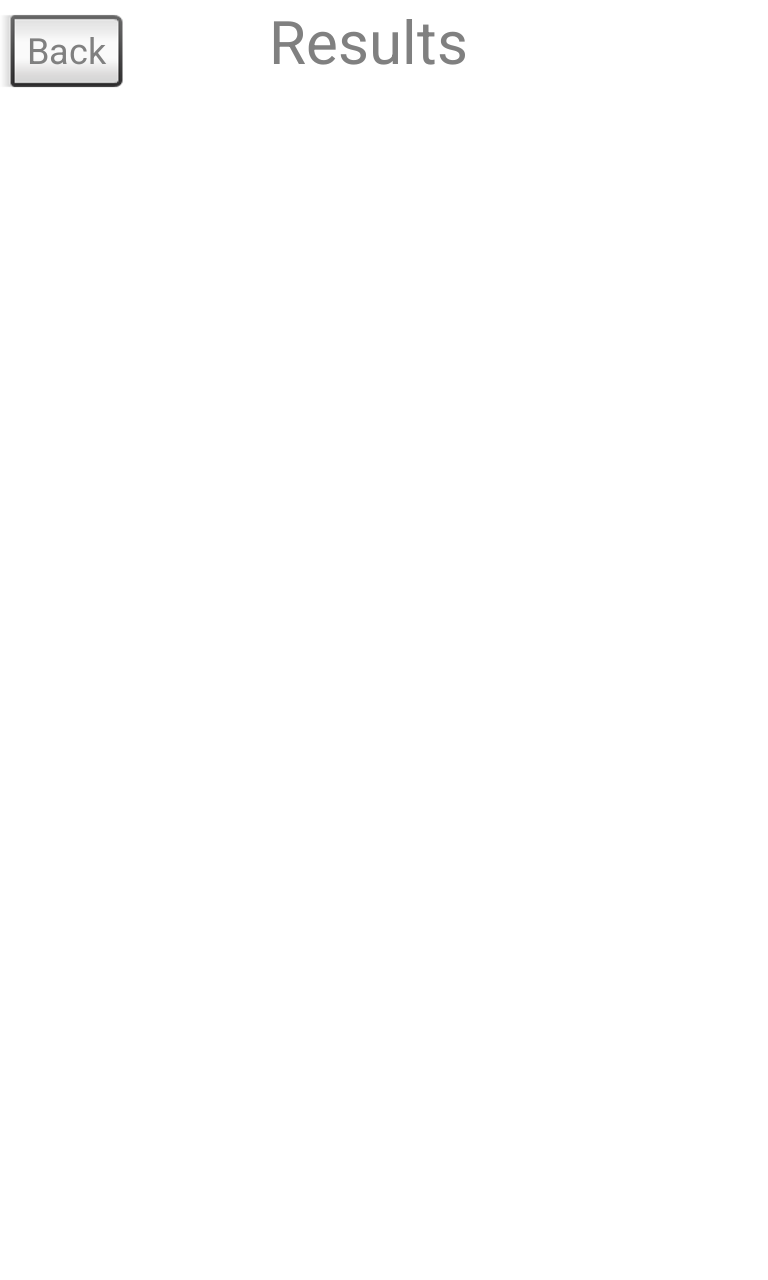
Repository: scottcaruso/Java_I_1307_Week4
Layout: myGov/res/layout/politician_display.xml
An editor plug-in stored every save of this project. The layout is shown before and after the next save, followed by the edit.
It is drawn on a 768 x 1280 px phone screen (xhdpi) without system bars, with theme AppTheme; the app's code is not run.

Above is the layout before, as saved 2013-08-01 20:32:31.

### myGov/res/layout/politician_display.xml
<?xml version="1.0" encoding="utf-8"?>
<LinearLayout xmlns:android="http://schemas.android.com/apk/res/android"
    android:layout_width="match_parent"
    android:layout_height="match_parent"
    android:orientation="horizontal" >

    <Button
        android:id="@+id/back"
        style="@android:style/Widget.Holo.Button.Inset"
        android:layout_width="wrap_content"
        android:layout_height="wrap_content"
        android:hint="@string/back" />

    <TextView
        android:id="@+id/foundpoliticians"
        android:layout_width="240dp"
        android:layout_height="wrap_content"
        android:gravity="center"
        android:hint="@string/results"
        android:textSize="30sp" />



final TextView polLabel = UIElementCreator.createLabel(currentMainContext, "Politician Name: ");
				final TextView polPartyLabel = UIElementCreator.createLabel(currentMainContext, "Party Affiliaition: ");
				final TextView polStateLabel = UIElementCreator.createLabel(currentMainContext, "From State: ");
				final TextView polTermLabel = UIElementCreator.createLabel(currentMainContext, "Term Started: ");
				final TextView polTwitterLabel = UIElementCreator.createLabel(currentMainContext, "Twitter Handle: ");
				final TextView polWebsiteLabel = UIElementCreator.createLabel(currentMainContext, "Website Address: ");

				final TextView polName = UIElementCreator.createLabel(currentMainContext,thisPol.getString("Name"));
				final TextView polParty = UIElementCreator.createLabel(currentMainContext, thisPol.getString("Party"));
				final TextView polState = UIElementCreator.createLabel(currentMainContext, thisPol.getString("State"));
				final TextView polTerm = UIElementCreator.createLabel(currentMainContext, thisPol.getString("Term Start"));
				final TextView polTwitter = UIElementCreator.createLabel(currentMainContext, thisPol.getString("Twitter"));
				final TextView polWebsite = UIElementCreator.createLabel(currentMainContext, thisPol.getString("Website"));

</LinearLayout>

### myGov/res/values/strings.xml
<?xml version="1.0" encoding="utf-8"?>
<resources>

    <string name="app_name">myGov</string>
    <string name="action_settings">Settings</string>
    <string name="hello_world">Hello world!</string>
    <string name="enter_zip">Enter Zip</string>
    <string name="search_now">Search Now</string>
    <string name="view_saved_politicians">View Saved Politicians</string>
    <string name="back">Back</string>
    <string name="results">Results</string>

</resources>

Loaded but not shown: myGov/res/values/styles.xml (common file); myGov/res/values-v11/styles.xml (common file); myGov/res/values-v14/styles.xml (common file)

After the next save:
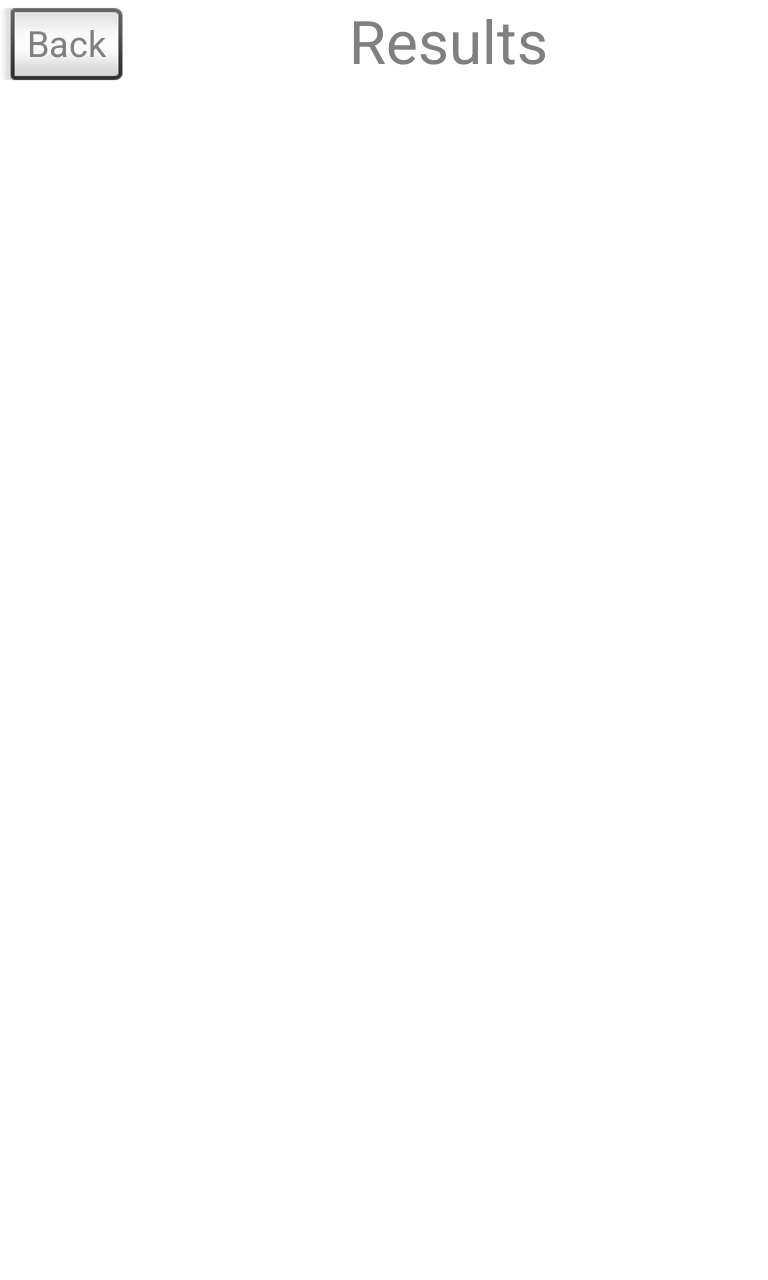
Saved 4 min 33 s later.
--- a/myGov/res/layout/politician_display.xml
+++ b/myGov/res/layout/politician_display.xml
@@ -2,6 +2,7 @@
 <LinearLayout xmlns:android="http://schemas.android.com/apk/res/android"
     android:layout_width="match_parent"
     android:layout_height="match_parent"
+    android:baselineAligned="_baseline"
     android:orientation="horizontal" >
 
     <Button
@@ -13,13 +14,18 @@
 
     <TextView
         android:id="@+id/foundpoliticians"
-        android:layout_width="240dp"
+        android:layout_width="match_parent"
         android:layout_height="wrap_content"
         android:gravity="center"
         android:hint="@string/results"
         android:textSize="30sp" />
 
-
+    <TextView
+        android:id="@+id/polName"
+        android:layout_width="wrap_content"
+        android:gravity="center"
+        android:hint="@string/results"
+        android:textSize="10sp" />
 
 final TextView polLabel = UIElementCreator.createLabel(currentMainContext, "Politician Name: ");
 				final TextView polPartyLabel = UIElementCreator.createLabel(currentMainContext, "Party Affiliaition: ");
